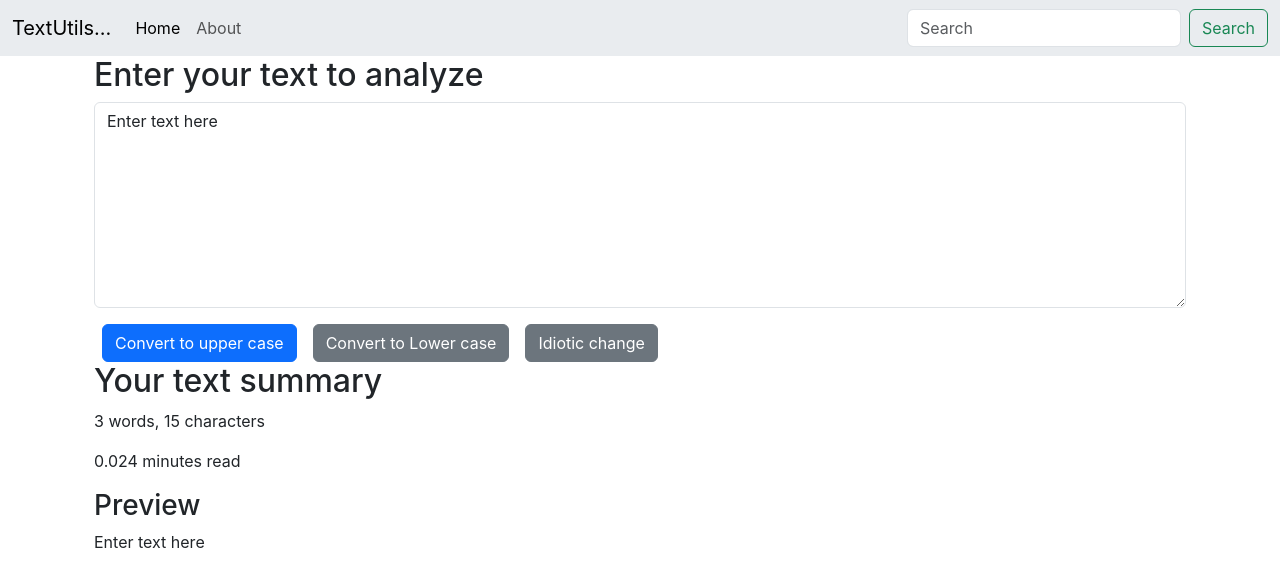
Repository: SujanNagaju/react-demo
Page: /
An editor plug-in stored every save of this project. The page is shown before and after the next save, followed by the edit.
The browser window is 1280 px wide. The pictures show the whole page.
The project was rebuilt for these pictures with package versions that can differ from the ones it lists, and the page was loaded fresh each time. Also part of the build but not shown: src/App.css.

Above is the page before, as saved 2024-12-29 14:29:23.

After the next save:
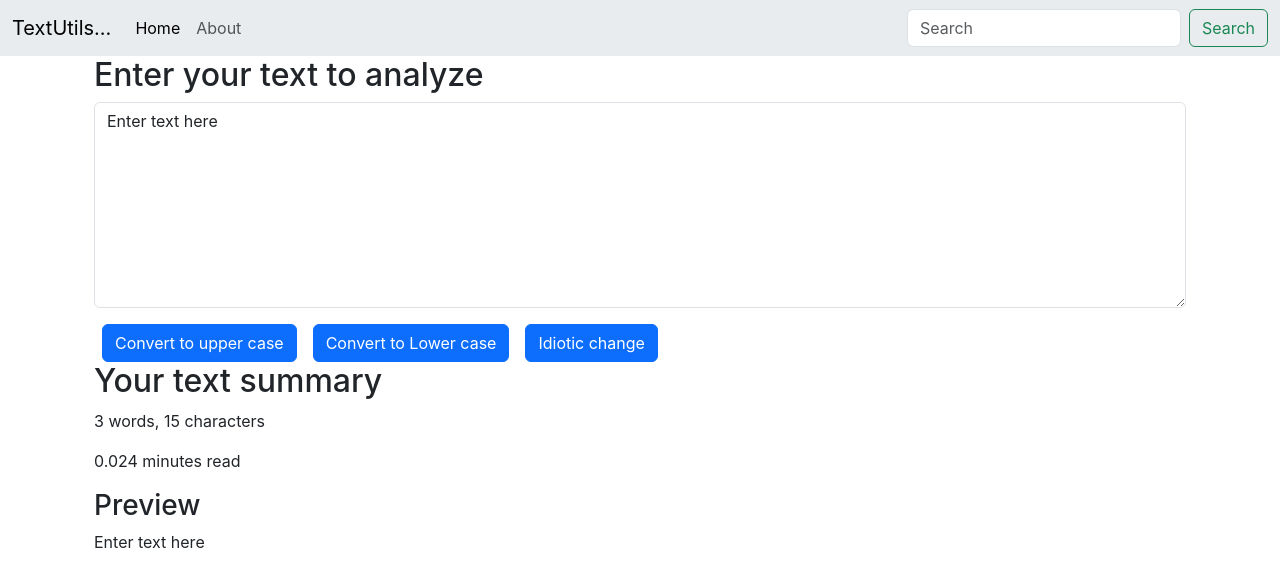
Saved 20 s later.
--- a/src/components/TextForm.js
+++ b/src/components/TextForm.js
@@ -33,8 +33,8 @@
               <textarea className="form-control" id="textBox" onChange={handleOnChange} value={text} rows="8"></textarea>
           </div>
           <button className="btn btn-primary mx-2" onClick={handleUpClick}>Convert to upper case</button>
-          <button className="btn btn-secondary mx-2" onClick={handleLowerClick}>Convert to Lower case</button>
-          <button className="btn btn-secondary mx-2" onClick={handleIdiClick}>Idiotic change</button>
+          <button className="btn btn-primary mx-2" onClick={handleLowerClick}>Convert to Lower case</button>
+          <button className="btn btn-primary mx-2" onClick={handleIdiClick}>Idiotic change</button>
       </div>
 
       <div className="container">
